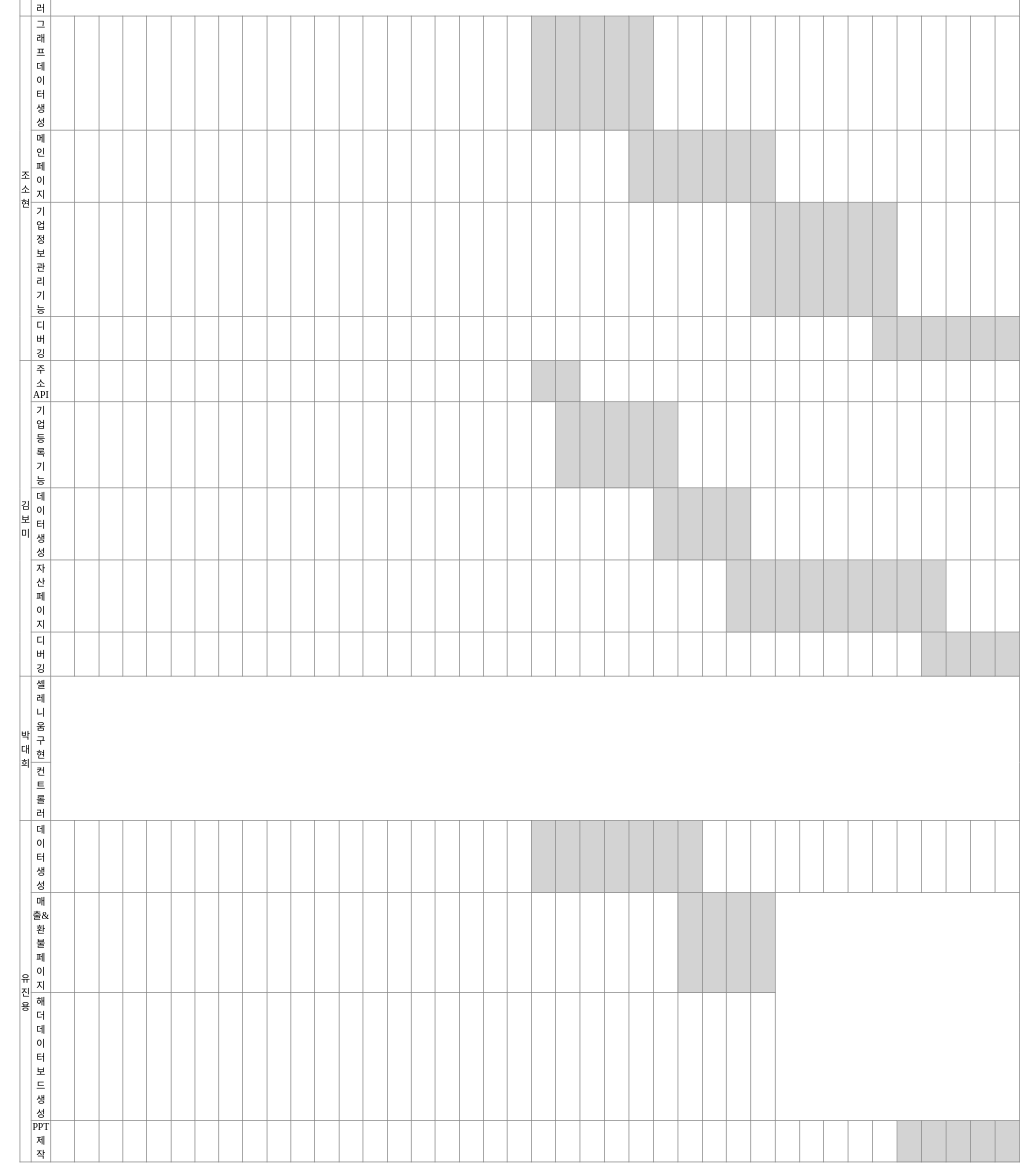
Repository: JEON-KIHO/finalProject
Page: http://localhost/ERP/WEB-INF/views/schedule.jsp
These files come from the project's save history. The page is drawn as it stood at one moment and after the next save; the edit follows.
The browser window is 1280 px wide. The page is 1457 px wide, so the pictures cover 1457 px, including what lies to the right of the window. The pictures show the part of the page from y = 1529 to 3209 px (the page is 3209 px tall), at 70% of full size.
The page is served by Tomcat 9. Nobody is signed in. The template is opened directly, without the code that normally fills it, so the values that code supplies are empty.

Above is the page before, as saved 2020-12-24 05:47:23.

After the next save:
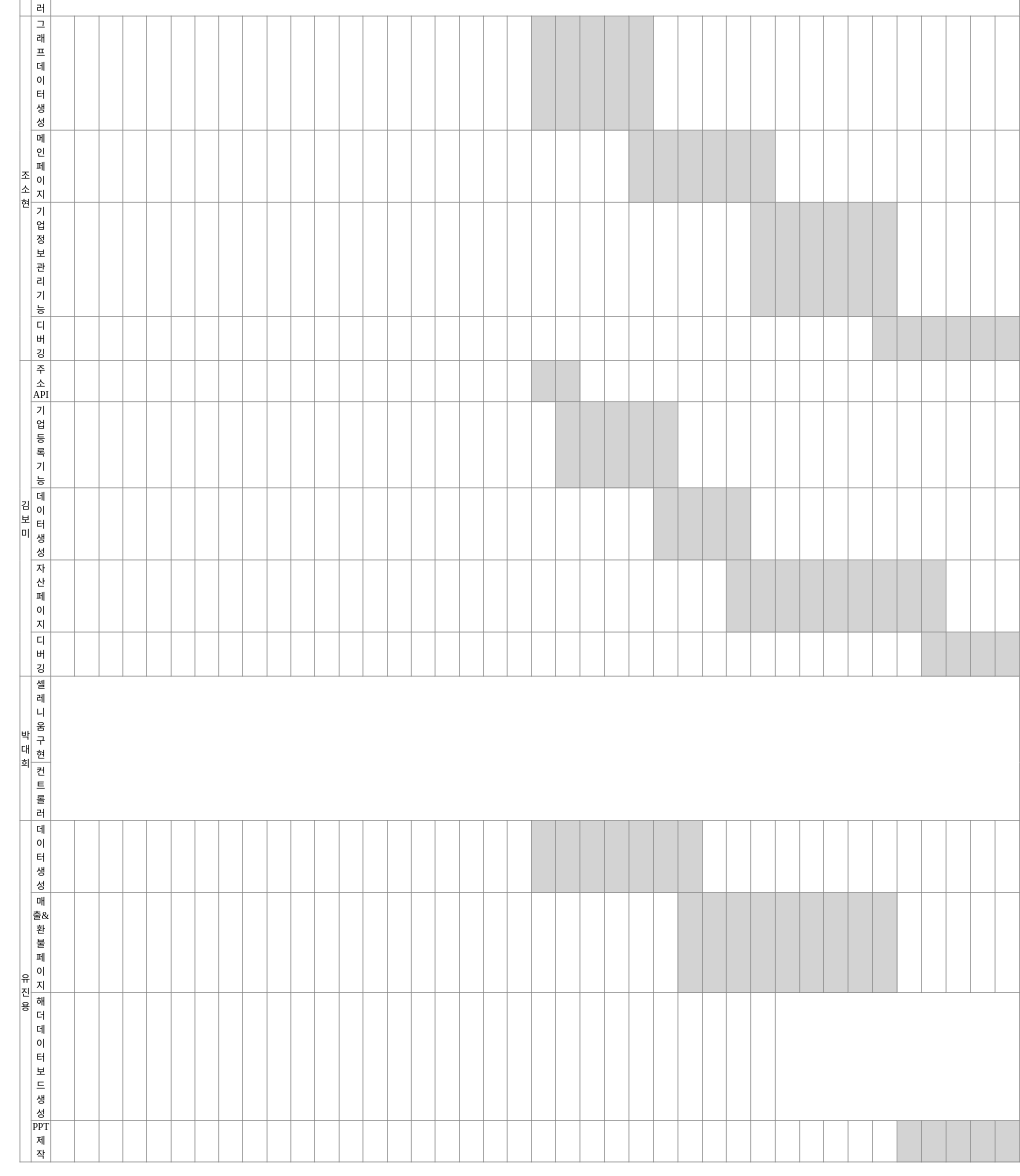
Saved 22 s later.
--- a/ERP/src/main/webapp/WEB-INF/views/schedule.jsp
+++ b/ERP/src/main/webapp/WEB-INF/views/schedule.jsp
@@ -216,7 +216,9 @@
 	<td class="white"></td><td class="white"></td><td class="white"></td><td class="white"></td><td class="white"></td>
 	<td class="white"></td><td class="white"></td><td class="white"></td><td class="white"></td><td class="white"></td>
 	<td class="white"></td><td class="white"></td><td class="white"></td><td class="white"></td><td class="white"></td>
-	<td class="white"></td><td class="black"></td><td class="black"></td><td class="black"></td><td class="black"></td></tr>
+	<td class="white"></td><td class="black"></td><td class="black"></td><td class="black"></td><td class="black"></td>
+	<td class="black"></td><td class="black"></td><td class="black"></td><td class="black"></td><td class="black"></td>
+	<td class="white"></td><td class="white"></td><td class="white"></td><td class="white"></td><td class="white"></td></tr>
 
 	<tr><td>해더 데이터보드 생성</td><td class="white"></td><td class="white"></td><td class="white"></td><td class="white"></td><td class="white"></td>
 	<td class="white"></td><td class="white"></td><td class="white"></td><td class="white"></td><td class="white"></td>
